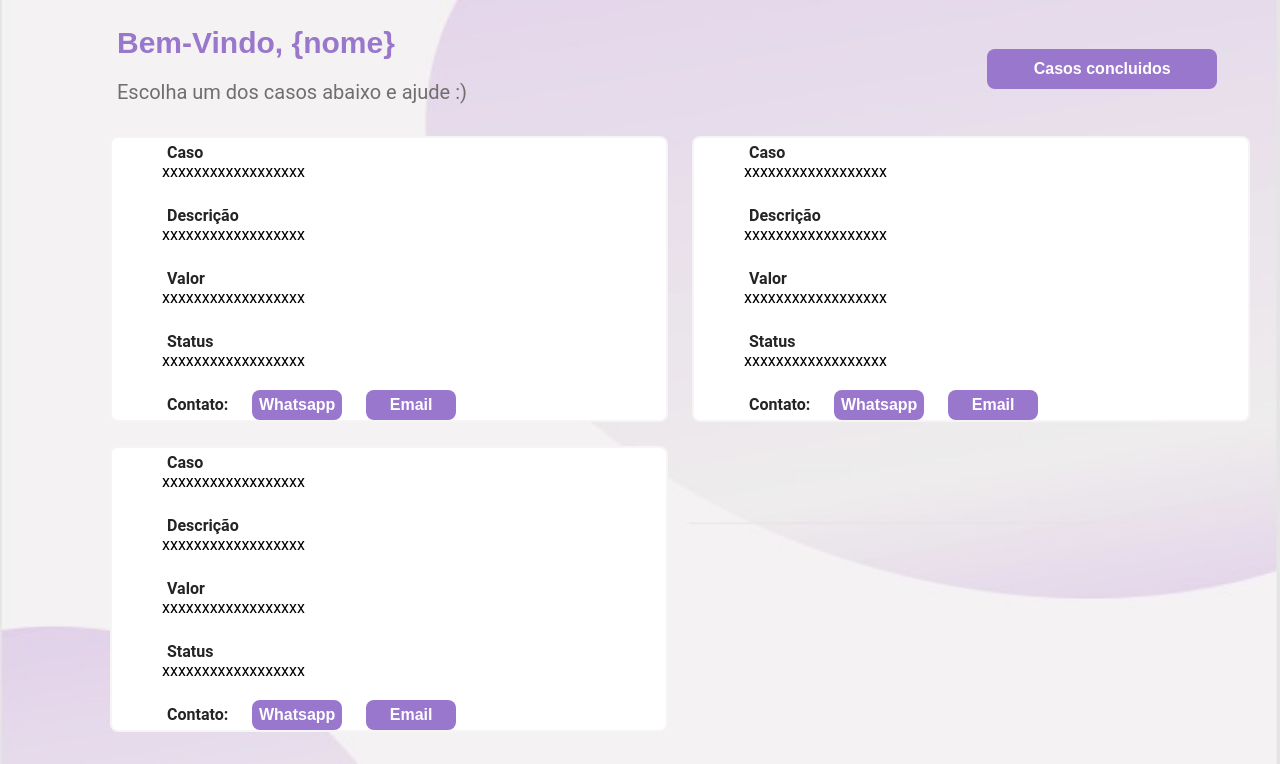
Repository: Dirlandia404/Casos
Page: src/pages/casos.html
An editor plug-in stored every save of this project. The page is shown before and after the next save, followed by the edit.
The browser window is 1280 px wide. The pictures show the whole page.

Above is the page before, as saved 2021-07-19 20:09:12.

After the next save:
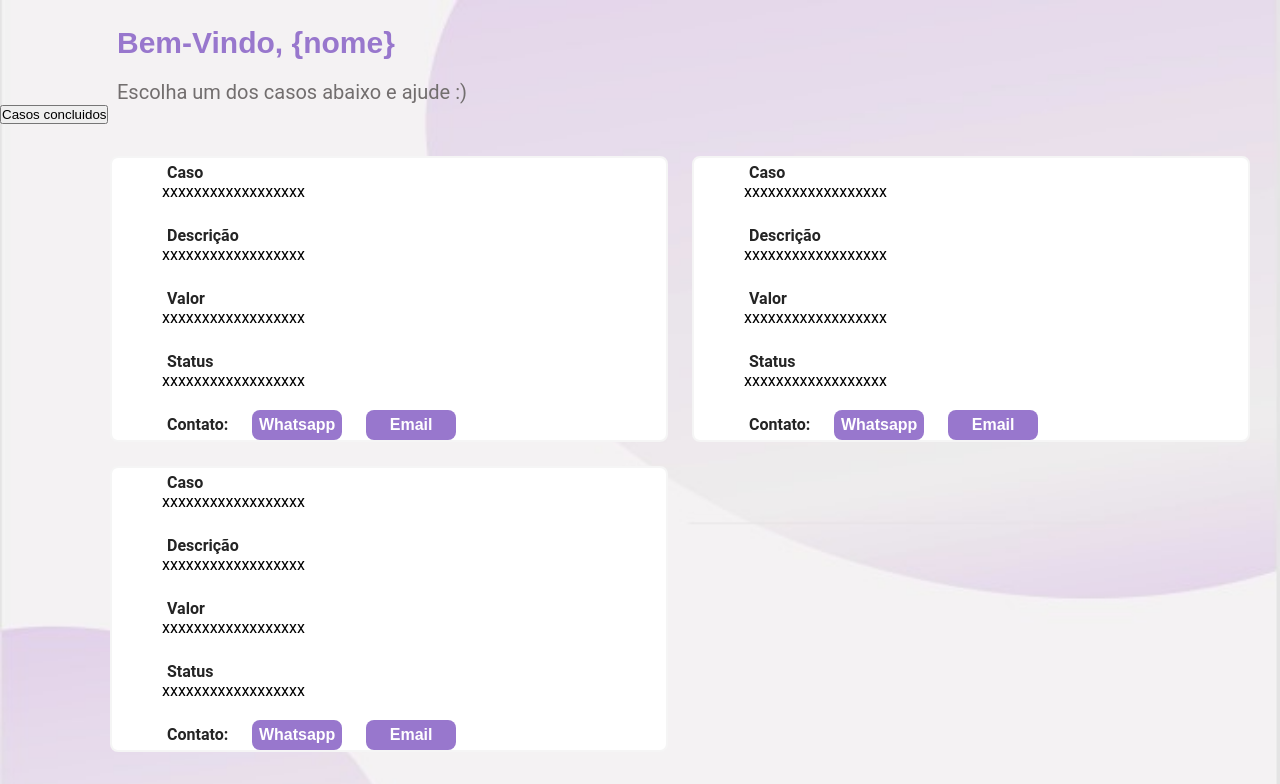
Saved 2 min 37 s later.
--- a/src/pages/casos.html
+++ b/src/pages/casos.html
@@ -14,11 +14,14 @@
     <header>
 
         <p>Escolha um dos casos abaixo e ajude :)</p>
+
+    </header>
+    <div id="voltar">
         <a href="/src/pages/casosConcluidos.html">
             <button>Casos concluidos</button>
         </a>
 
-    </header>
+    </div>
 
        <div id="box-casos">
            <ul>
